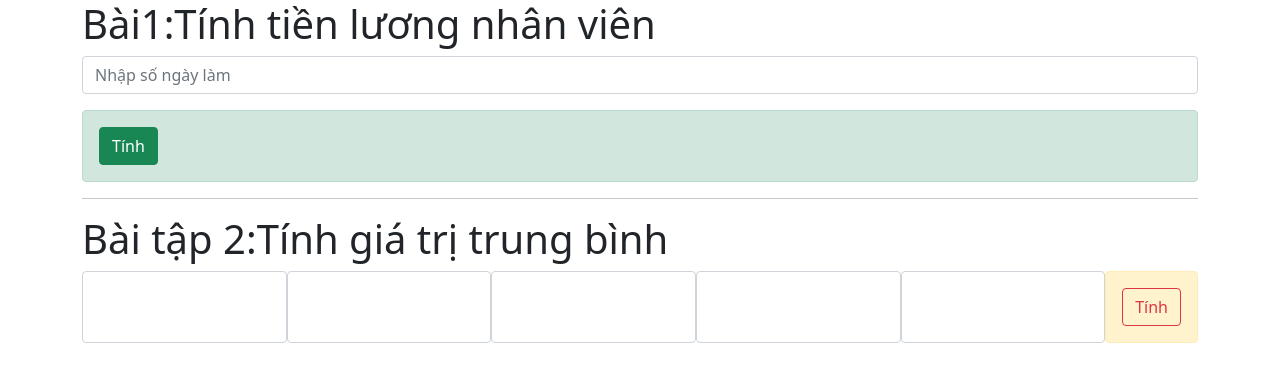
Repository: qkhanh1104k/Js-buoi2-3_giaodienbuoi1
Page: index.html
An editor plug-in stored every save of this project. The page is shown before and after the next save, followed by the edit.
The browser window is 1280 px wide. The pictures show the whole page.

Above is the page before, as saved 2022-07-21 10:31:38.

After the next save:
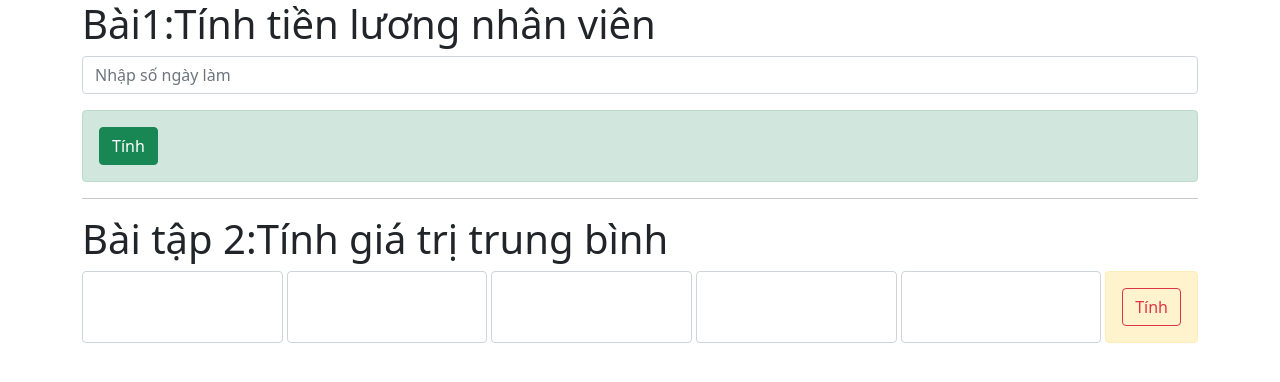
Saved 30 s later.
--- a/index.html
+++ b/index.html
@@ -28,7 +28,7 @@
       </div>
       <hr />
       <h1>Bài tập 2:Tính giá trị trung bình</h1>
-      <div class="d-flex">
+      <div class="d-flex gap-1">
         <input type="text" id="txtNum1Bt2" class="form-control mb-3" />
         <input type="text" id="txtNum2Bt2" class="form-control mb-3" />
         <input type="text" id="txtNum3Bt2" class="form-control mb-3" />
